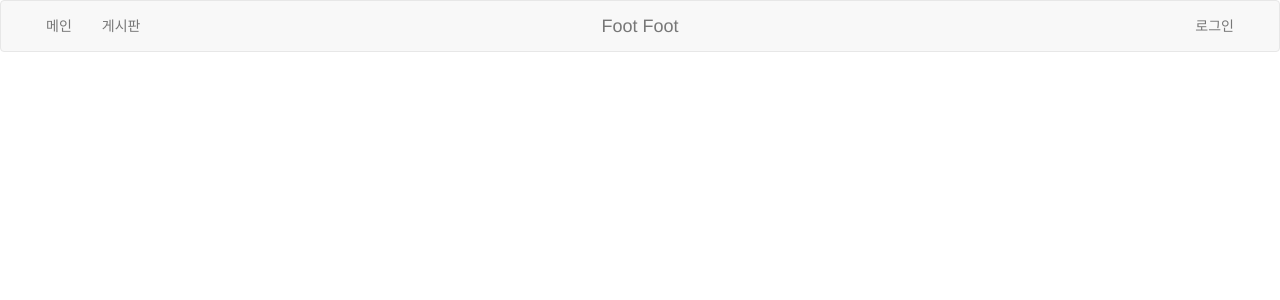
Repository: YuJunHa1/footfoot
Page: http://localhost/footfoot/main.jsp
These files come from the project's save history. The page is drawn as it stood at one moment and after the next save; the edit follows.
The browser window is 1280 px wide. The pictures show the whole page.
Some web libraries are served in a nearby version. The page is served by Tomcat 9. Other server files are loaded and not shown.

Above is the page before, as saved 2024-10-05 07:27:44.

### footfoot/src/main/webapp/main.jsp
<%@ page language="java" contentType="text/html; charset=UTF-8"
    pageEncoding="UTF-8"%>
<!DOCTYPE html>
<html>
<head>
<meta charset="UTF-8">
<meta name="viewport" content="text/html; initial-scale=1">
<link rel="stylesheet" href="css/bootstrap.css">
<title>footfoot</title>
<style>
  .navbar-brand {
    position: absolute;
    left: 50%;
    transform: translateX(-50%);
  }
  .navbar-nav {
    margin-left: auto;
    margin-right: auto;
    margin-left: 15px;
    margin-right: 15px;
  }
</style>
</head>
<body>
	<nav class="navbar navbar-default">
		<div class="navbar-header">
			<button type="button" class="navbar-toggle collapsed"
				data-toggle="collapse" data-target="#bs-example-navbar-collapse-1"
				aria-expanded="false">
					<span class="icon-bar"></span>
					<span class="icon-bar"></span>
					<span class="icon-bar"></span>
				</button>
				<a class="navbar-brand" href="main.jsp">Foot Foot</a>
		</div>
		<div class="collapse navbar-collapse" id="bs-example-navbar-collapse-1">
			<ul class="nav navbar-nav">
				<li><a href="main.jsp">메인</a></li>
				<li><a href="bbs.jsp">게시판</a></li>
			</ul>
			<ul class="nav navbar-nav navbar-right">
				<li><a href="login.jsp">로그인</a></li>
			</ul>
		</div>
	</nav>
	<script src="https://code.jquery.com/jquery-3.1.1.min.js"></script>
	<script src="js/bootstrap.js"></script>
</body>
</html>

Loaded but not shown: footfoot/src/main/webapp/css/bootstrap.css (library); footfoot/src/main/webapp/js/bootstrap.js (library)

After the next save:
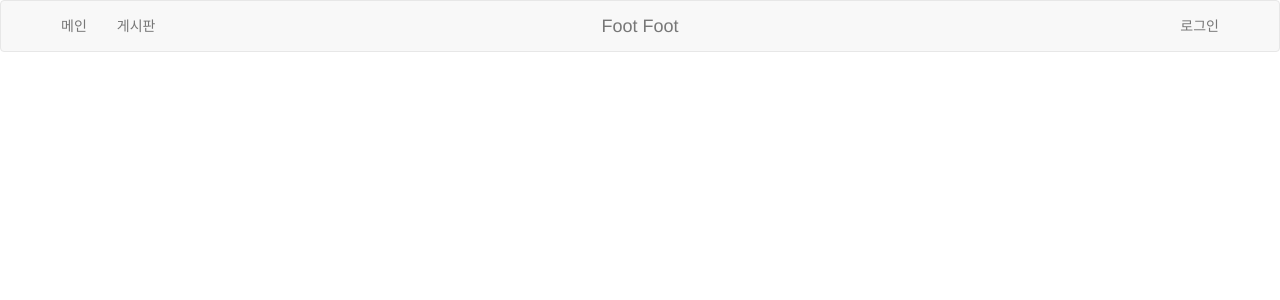
Saved 23 s later.
--- a/footfoot/src/main/webapp/main.jsp
+++ b/footfoot/src/main/webapp/main.jsp
@@ -16,8 +16,8 @@
   .navbar-nav {
     margin-left: auto;
     margin-right: auto;
-    margin-left: 15px;
-    margin-right: 15px;
+    margin-left: 30px;
+    margin-right: 30px;
   }
 </style>
 </head>
